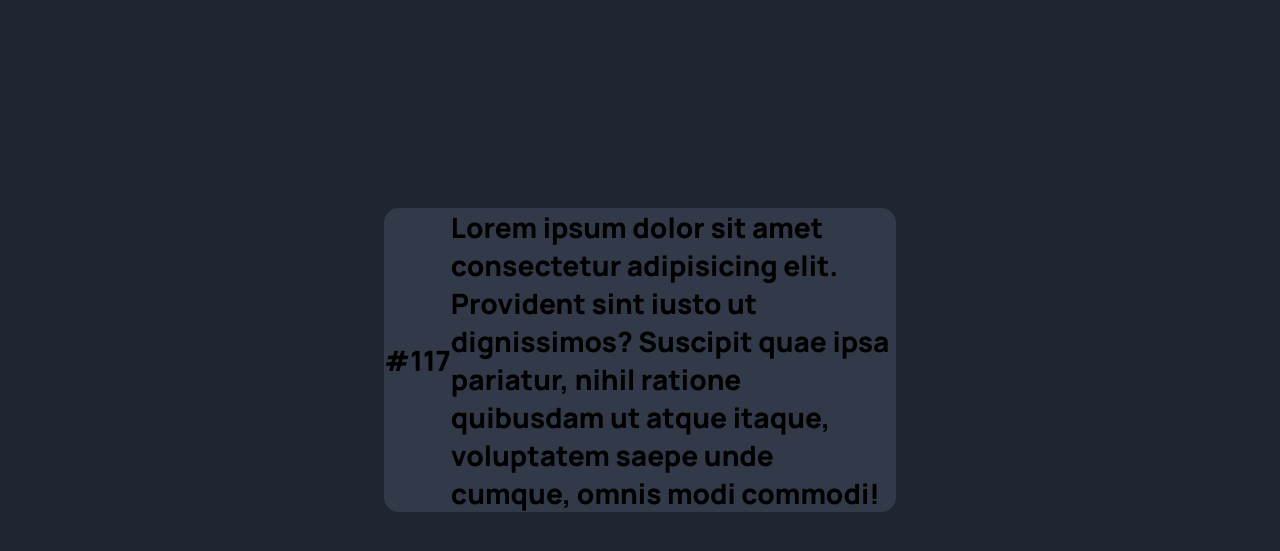
Repository: WindOfCodes/advice-generator-app
Page: index.html
An editor plug-in stored every save of this project. The page is shown before and after the next save, followed by the edit.
The browser window is 1280 px wide. The pictures show the whole page.

Above is the page before, as saved 2022-11-25 22:11:27.

After the next save:
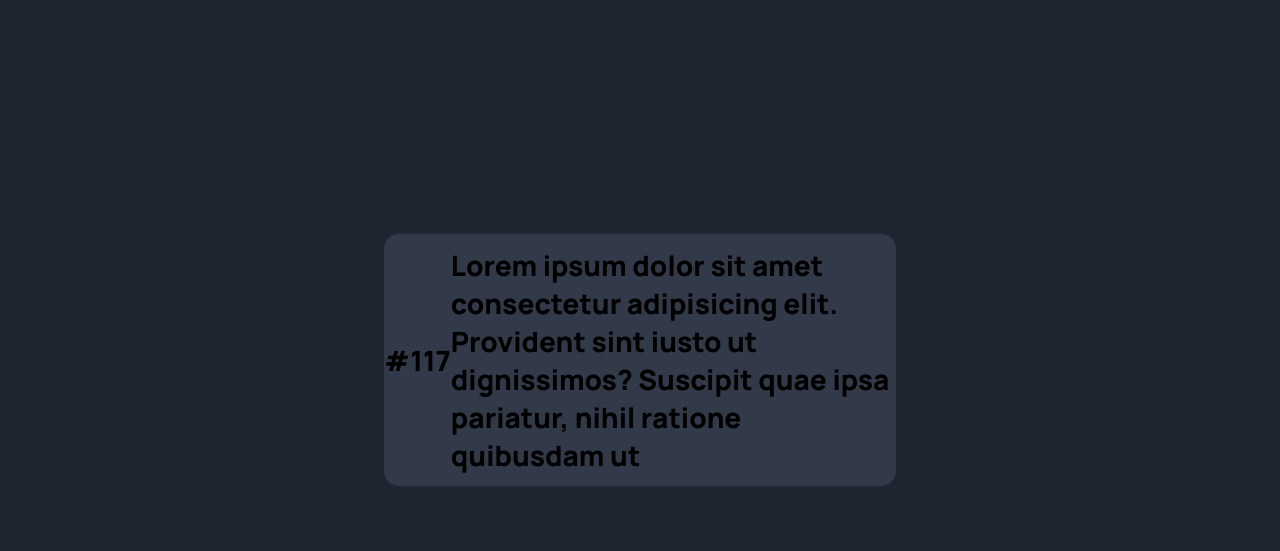
Saved 5 s later.
--- a/index.html
+++ b/index.html
@@ -1,15 +1,22 @@
 <!DOCTYPE html>
 <html lang="en">
-<head>
-  <meta charset="UTF-8">
-  <meta name="viewport" content="width=device-width, initial-scale=1.0">
-  <link href="https://fonts.googleapis.com/css2?family=Manrope:wght@800&display=swap" rel="stylesheet">
-  <link rel="stylesheet" href="/styles/main.css">
-</head>
-<body>
-  <div class="card">
-    <span class="number">#117</span>
-    <span class="quote">Lorem ipsum dolor sit amet consectetur adipisicing elit. Provident sint iusto ut dignissimos? Suscipit quae ipsa pariatur, nihil ratione quibusdam ut atque itaque, voluptatem saepe unde cumque, omnis modi commodi!</span>
-  </div>
-</body>
+  <head>
+    <meta charset="UTF-8" />
+    <meta name="viewport" content="width=device-width, initial-scale=1.0" />
+    <link
+      href="https://fonts.googleapis.com/css2?family=Manrope:wght@800&display=swap"
+      rel="stylesheet"
+    />
+    <link rel="stylesheet" href="/styles/main.css" />
+  </head>
+  <body>
+    <div class="card">
+      <span class="number">#117</span>
+      <span class="quote"
+        >Lorem ipsum dolor sit amet consectetur adipisicing elit. Provident sint
+        iusto ut dignissimos? Suscipit quae ipsa pariatur, nihil ratione
+        quibusdam ut</span
+      >
+    </div>
+  </body>
 </html>
